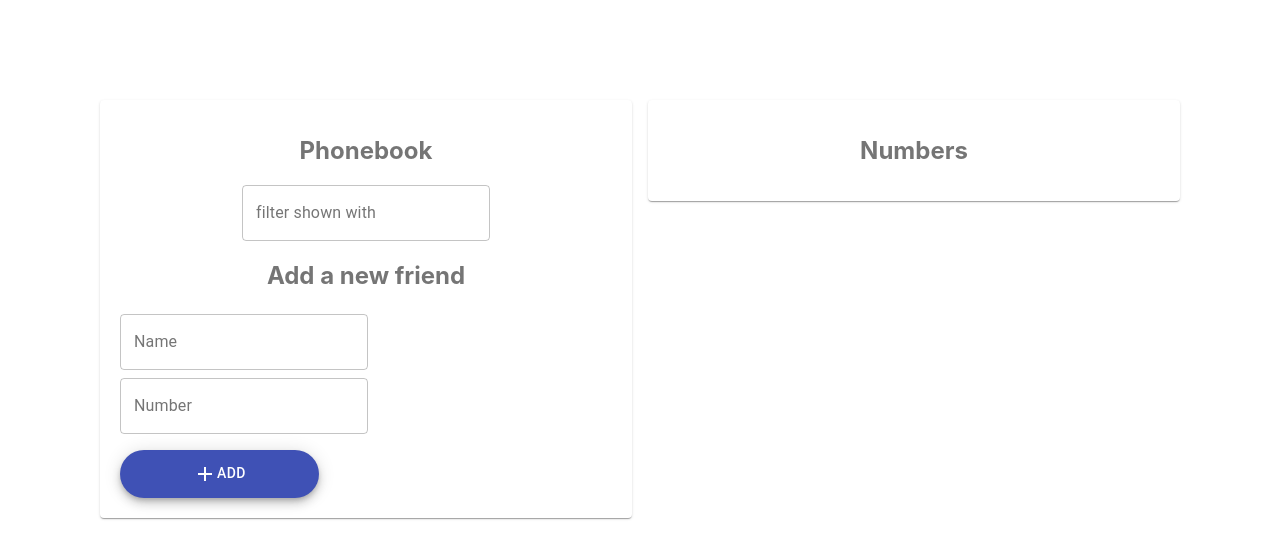
Repository: StacyLafume/phone-book
Page: / (app in phone-book/)
The author's editor kept a copy of each file at every save. The page is drawn from the files as they stood at one save, then again after the next save.
The browser window is 1280 px wide. The pictures show the whole page.
The page's requests for data from a server got no answer. The project was rebuilt for these pictures with package versions that can differ from the ones it lists, and the page was loaded fresh each time. No one was signed in, and anything a server would have sent is missing. Also part of the build but not shown: phone-book/src/PhoneBook.js.

Above is the page before, as saved 2021-04-01 17:43:42.

### phone-book/src/App.js
import React, { useState, useEffect } from "react";
// importing a modual personsService
import personsService from "./Service/person";
import Filter from "./Filter";
import Notification from "./Notification";
import PersonForm from "./PersonForm";
import PhoneBook from "./PhoneBook";
import { makeStyles } from '@material-ui/core/styles';
import Paper from '@material-ui/core/Paper';
import Grid from '@material-ui/core/Grid';


const App = () => {
  const [persons, setPersons] = useState([]);
  const [newName, setNewName] = useState("");
  const [newNumber, setNewNumber] = useState("");
  const [showFilter, setshowFilter] = useState("");
  const [notification, setNotification] = useState(null);
  const [success, setSuccess] = useState(null);

  const useStyles = makeStyles((theme) => ({
    root: {
      flexGrow: 1,
      margin: 100
    },
    paper: {
      padding: theme.spacing(2),
      justifyItems: 'center',
      color: theme.palette.text.secondary,
    },
  }));

  // show data on the screen
  useEffect(() => {
    personsService
      .getAll()
      .then(response => {
        setPersons(response);
      })
      .catch(error => showMessage("Could not retrieve data", false));
  }, []);

  const addNewName = e => {
    e.preventDefault();
    const personObject = {
      name: newName,
      number: newNumber
    };

    //console.log('persons.some(e => e.name === newName)',persons.some(e => e.name === newName))

    // if name is already in phone book return true and alert user
    if (persons.some(e => e.name === newName)) {

      // first name equal to that name
      let personId = persons.find(item => item.name === newName);

      // assigning whats in person obj to person id to update the entry
      let updatedEntry = Object.assign(personId, personObject);

      // alert the user  to update name  and / or  number
      if (
        window.confirm(
          `Do you want to update ${newName} with number ${newNumber}?`
        )
      ) {
        // based on the condition it will make put request to update
        personsService
          .update(personId.id, personObject)
          .then(() => {
            setPersons(
              // map through persons check if name is equal to new name
              //and either return updatedEntry or item
              persons.map(item => (item.name === newName ? updatedEntry : item))
            );
            // reset inputs
            setNewName("");
            setNewNumber("");
            // alert user of the changes
            showMessage(`User ${newName} phone number updated`);
          })
          .catch(error => {
            showMessage(
              `Update failed. User ${newName} has already been removed from the phone book.`,
              false
            );
            setPersons(persons.filter(n => n.name !== newName));
          });
      }
    } else {
      // if number is already in phone book return true and alert user
      if (persons.some(e => e.number === newNumber)) {
        showMessage(`# ${newNumber} is already in the phone book.`, false);
      } else {
        // check if inputs are empty and set show message
        if (newName === "" || newNumber === "") {
          showMessage(`The name and number must not be empty`, false);
        } else {
          // add personObject to the data base
          personsService
            .create(personObject)
            .then(returnedPerson => {
              setPersons(persons.concat(returnedPerson));
              // reset inputs
              setNewName("");
              setNewNumber("");
              // alert user
              showMessage(`User ${newName} has been added to the phone book`);
            })
            .catch(error => {
              console.log(error.response.data.error)
              return showMessage(
                `Failed to add number. More about error: ${error.response.data.error
                }`,
                false
              );
            });
          // make a get requests of updated data
          personsService
            .getAll()
            .then(response => {
              setPersons(response);
            })
            .catch(error => showMessage("Could not retrieve data", false));
        }
      }
    }
  };

  const removeEntry = person => {
    // if user clicks yes to remove
    if (window.confirm(`Remove ${person.name}?`)) {
      // call delete request with id that needs to be deleted
      personsService
        .remove(person.id)
        .then(() => {
          // setPerson to filtered array of every preson but the deleted person
          setPersons(persons.filter(item => item.id !== person.id));
          showMessage(`${person.name} has been removed from the phone book`);
        })
        .catch(error => {
          showMessage(
            `Removal failed. User ${person.name
            } has already been removed from the phone book.`,
            false
          );
          // make a get requests of updated data
          personsService
            .getAll()
            .then(response => {
              setPersons(response);
            })
            .catch(error => showMessage("Could not retrieve data", false));
        });
    }
  };

  // tracking values in the name input
  const handleNameChange = e => {
    // console.log(e.target.value);
    setNewName(e.target.value);
  };

  // tracking values in the number input
  const handleNumberChange = e => {
    setNewNumber(e.target.value);
  };

  const showMessage = (message, successNotification = true) => {
    // sets notication based on the true or false given by the condiyion it was called in
    setNotification(message);
    // boolean value if the rquest was successful or not
    setSuccess(successNotification);

    // the notificatio will stay on browser for 3 sec
    setTimeout(() => {
      setNotification(null);
      setSuccess(null);
    }, 3000);
  };

  const classes = useStyles();
  return (

    <div className={classes.root}>
      <Grid container spacing={2}>
        <Grid item xs={6}>
        <Paper className={classes.paper}>
          <h2>Phonebook</h2>
          <Notification notification={notification} success={success} />
          <Filter showFilter={showFilter} setshowFilter={setshowFilter} />
          <h2>Add a new friend</h2>
          <PersonForm
            addNewName={addNewName}
            newName={newName}
            handleNameChange={handleNameChange}
            handleNumberChange={handleNumberChange}
          />
          </Paper>

        </Grid>
        <Grid item xs={6}>
        <Paper className={classes.paper}>
          <h2>Numbers</h2>
          <ul>
            <PhoneBook
              persons={persons}
              showFilter={showFilter}
              removeEntry={removeEntry}
            />
          </ul>
          </Paper>
        </Grid>
      </Grid>
    </div>
  );
};

export default App;

### phone-book/src/Service/person.js
import axios from "axios";

//const baseUrl = "http://localhost:3003/persons";
const baseUrl = 'api/persons';

// get rquest for all of json datas
const getAll = () => {
  const request = axios.get(baseUrl);
  return request.then(response => response.data);
};

// post request to add new entry
const create = newObject => {
  const request = axios.post(baseUrl, newObject);
  return request.then(response => response.data)
};

// put request to update json db
const update = (id, newObject) => {
  const request = axios.put(`${baseUrl}/${id}`, newObject);
  return request.then(response => response.data);
};

// delete request to delete from json data base
const remove = id => {
  const request = axios.delete(`${baseUrl}/${id}`);
  return request.then(response => response.data);
};


// exporting all of the functions
export default {
  getAll: getAll,
  create: create,
  update: update,
  remove: remove
};

### phone-book/src/Filter.js
import React from "react";
import { makeStyles } from '@material-ui/core/styles';
import TextField from '@material-ui/core/TextField';

const Filter = ({ showFilter, setshowFilter }) => {
  const useStyles = makeStyles((theme) => ({
    root: {
      '& > *': {
        margin: theme.spacing(1),
        width: '25ch',
      },
    },
  }));
  const classes = useStyles();
  const filterPersons = e => {
    setshowFilter(e.target.value);
  };

  return (
    <div>
      <TextField id="outlined-basic" value={showFilter} label="filter shown with" variant="outlined"onChange={filterPersons} />
    </div>
  );
};

export default Filter;

### phone-book/src/Notification.js
import React from "react";

const Notification = ({ notification, success }) => {
  // console.log(notification);
  // console.log(success);

  // if there is no notification return null
  if (notification === null) {
    return null;
  }

  // if success renders the paticular (inLine) style
  if (success)
    return (
      <div className="success" style={styles.success}>
        {notification}
      </div>
    );
  else
    return (
      <div className="success" style={styles.fail}>
        {notification}
      </div>
    );
};

var styles = {
  success: {
    color: "green",
    background: "white",
    fontSize: 20,
    borderStyle: "solid",
    borderRadius: 5,
    padding: 10,
    marginBottom: 10
  },
  fail: {
    color: "red",
    background: "white",
    fontSize: 20,
    borderStyle: "solid",
    borderRadius: 5,
    padding: 10,
    marginBottom: 10
  }
};

export default Notification;

### phone-book/src/PersonForm.js
import React from "react";
import { makeStyles } from '@material-ui/core/styles';
import TextField from '@material-ui/core/TextField';
import Grid from '@material-ui/core/Grid';
import Fab from '@material-ui/core/Fab';
import AddIcon from '@material-ui/icons/Add';



const PersonForm = ({
  newName,
  newNumber,
  addNewName,
  handleNameChange,
  handleNumberChange
}) => {
  const useStyles = makeStyles((theme) => ({
    root: {
      '& > *': {
        margin: theme.spacing(1),
        width: '25ch',
      },
    },
    press: {
      margin: {
        margin: theme.spacing(1),
      },
      extendedIcon: {
        marginRight: theme.spacing(1),
      },
    }
  }));
  const classes = useStyles();
  return (
    <Grid container spacing={1}>
      <form onSubmit={addNewName} className={classes.root} noValidate autoComplete="off">

        {/* calls the function tracking values in the name input */}
        {/* name: <input value={newName} onChange={handleNameChange} /> */}
        <Grid item xs={12}>
        <TextField id="outlined-basic" label="Name" value={newName} onChange={handleNameChange} variant="outlined" />
        </Grid>
        <Grid  xs={12}>
        {/* calls the function tracking values in the number input */}
        <TextField id="outlined-basic" value={newNumber} onChange={handleNumberChange} label="Number" variant="outlined" />
        </Grid>
        {/* calls the create request to add name and number */}
        <Fab variant="extended" color="primary" aria-label="add" className={classes.margin} type="submit">
          <AddIcon className={classes.extendedIcon} />
         Add
        </Fab>
      </form>
      </Grid>

  );
};


export default PersonForm;

Loaded but not shown: phone-book/public/index.html (common file); phone-book/src/index.js (common file); phone-book/src/index.css (common file)

After the next save:
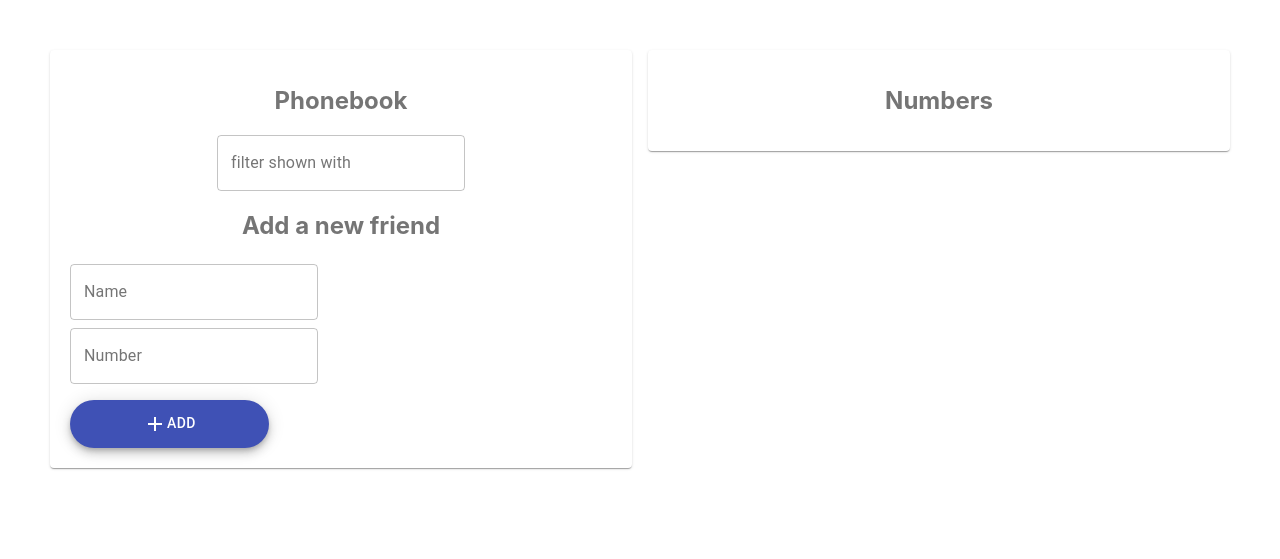
Saved 11 s later.
--- a/phone-book/src/App.js
+++ b/phone-book/src/App.js
@@ -21,7 +21,7 @@ const App = () => {
   const useStyles = makeStyles((theme) => ({
     root: {
       flexGrow: 1,
-      margin: 100
+      margin: 50
     },
     paper: {
       padding: theme.spacing(2),
